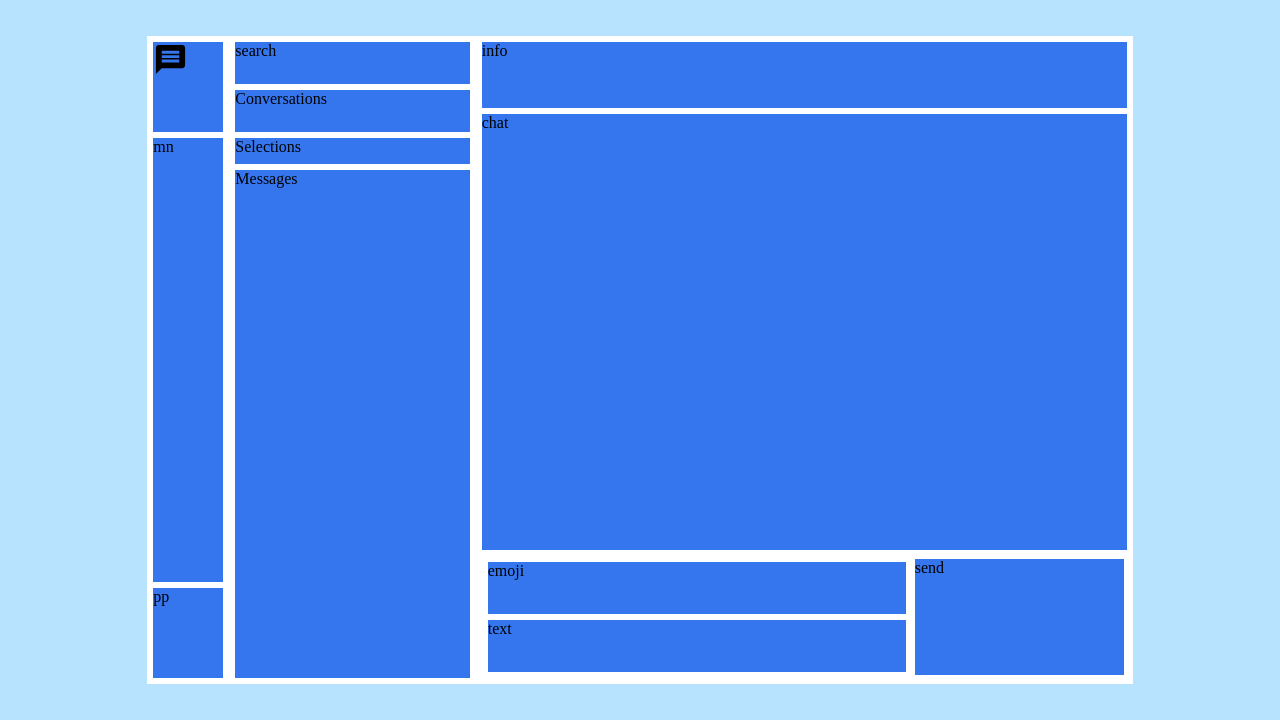
Repository: arafat877/super-chat
Page: /
These files come from the project's save history. The page is drawn as it stood at one moment and after the next save; the edit follows.
The browser window is 1280 px wide. The pictures show the whole page.
The project was rebuilt for these pictures with package versions that can differ from the ones it lists, and the page was loaded fresh each time. Also part of the build but not shown: src/App.scss.

Above is the page before, as saved 2020-08-05 15:05:24.

### public/index.html
<!DOCTYPE html>
<html lang="en">
  <head>
    <meta charset="utf-8" />
    <meta name="viewport" content="width=device-width, initial-scale=1" />
    <meta name="theme-color" content="#000000" />
    <meta
      name="description"
      content="Chat application with node.js, express, react.js, mongoDb and socket.io"
    />
    <link rel="stylesheet" href="styles.css">
    <link rel="stylesheet" href="https://fonts.googleapis.com/css?family=Roboto:300,400,500,700&display=swap" />

    <title>Super Chat</title>
  </head>
  <body>
    <noscript>You need to enable JavaScript to run this app.</noscript>
    <div id="root"></div>
  </body>
</html>

### src/App.js
import React from "react";
import "./App.scss";
import { Container, Grid, Paper } from "@material-ui/core";
import { makeStyles } from "@material-ui/core/styles";
import {
  Message,
  GroupWork,
  Chat,
  Palette,
  Settings,
  PeopleAlt,
} from "@material-ui/icons";

const useStyles = makeStyles((theme) => ({
  container: {
    backgroundColor: "#b7e3fe",
    height: "100vh",
    display: "flex",
  },
  innerContainer: {
    backgroundColor: "#3576ef",
    margin: "auto",
    height: "90%",
    width: "80%",
    borderRadius: "10px",
  },
  column1: {
    border: "solid white",
  },
  column2: {
    border: "solid white",
  },
  column3: {
    border: "solid white",
  },
  c1Logo: {
    border: "solid white",
    height: "15%",
  },
  c1Menu: {
    border: "solid white",
    height: "70%",
  },
  c1PP: {
    border: "solid white",
    height: "15%",
  },
  c2Search: {
    border: "solid white",
    height: "7.5%",
  },
  c2Conv: {
    border: "solid white",
    height: "7.5%",
  },
  c2Select: {
    border: "solid white",
    height: "5%",
  },
  c2Messages: {
    border: "solid white",
    height: "80%",
  },
  c3Info: {
    border: "solid white",
    height: "11.25%",
  },
  c3Chat: {
    border: "solid white",
    height: "68.75%",
  },
  c3Input: {
    border: "solid white",
    height: "20%",
  },
  inputC1: {
    border: "solid white",
  },
  inputC2: {
    border: "solid white",
  },
  iC1Emoji:{
    border: "solid white",
    height:"50%"
  },
  iC1Text:{
    border: "solid white",
    height:"50%"
  }
}));

function App() {
  const classes = useStyles();

  return (
    <Container className={classes.container}>
      <Grid container containerer className={classes.innerContainer}>
        <Grid item className={classes.column1} xs={1}>
          <Grid item className={classes.c1Logo} xs={12}>
            <Message fontSize="large" />
          </Grid>
          <Grid item className={classes.c1Menu} xs={12}>
            mn
          </Grid>
          <Grid item className={classes.c1PP} xs={12}>
            pp
          </Grid>
        </Grid>
        <Grid item className={classes.column2} xs={3}>
          <Grid item className={classes.c2Search} xs={12}>
            search
          </Grid>
          <Grid item className={classes.c2Conv} xs={12}>
            Conversations
          </Grid>
          <Grid item className={classes.c2Select} xs={12}>
            Selections
          </Grid>
          <Grid item className={classes.c2Messages} xs={12}>
            Messages
          </Grid>
        </Grid>
        <Grid item className={classes.column3} xs={8}>
          <Grid item className={classes.c3Info} xs={12}>
            info
          </Grid>
          <Grid item className={classes.c3Chat} xs={12}>
            chat
          </Grid>
          <Grid item container className={classes.c3Input} xs={12}>
            <Grid item className={classes.inputC1} xs={8}>
              <Grid item className={classes.iC1Emoji} xs={12}>
                emoji
              </Grid>
              <Grid item className={classes.iC1Text} xs={12}>
                text
              </Grid>
            </Grid>
            <Grid item className={classes.inputC2} xs={4}>
              send
            </Grid>
          </Grid>
        </Grid>
      </Grid>
    </Container>
  );
}

export default App;

Loaded but not shown: src/index.js (common file); public/styles.css (common file)

After the next save:
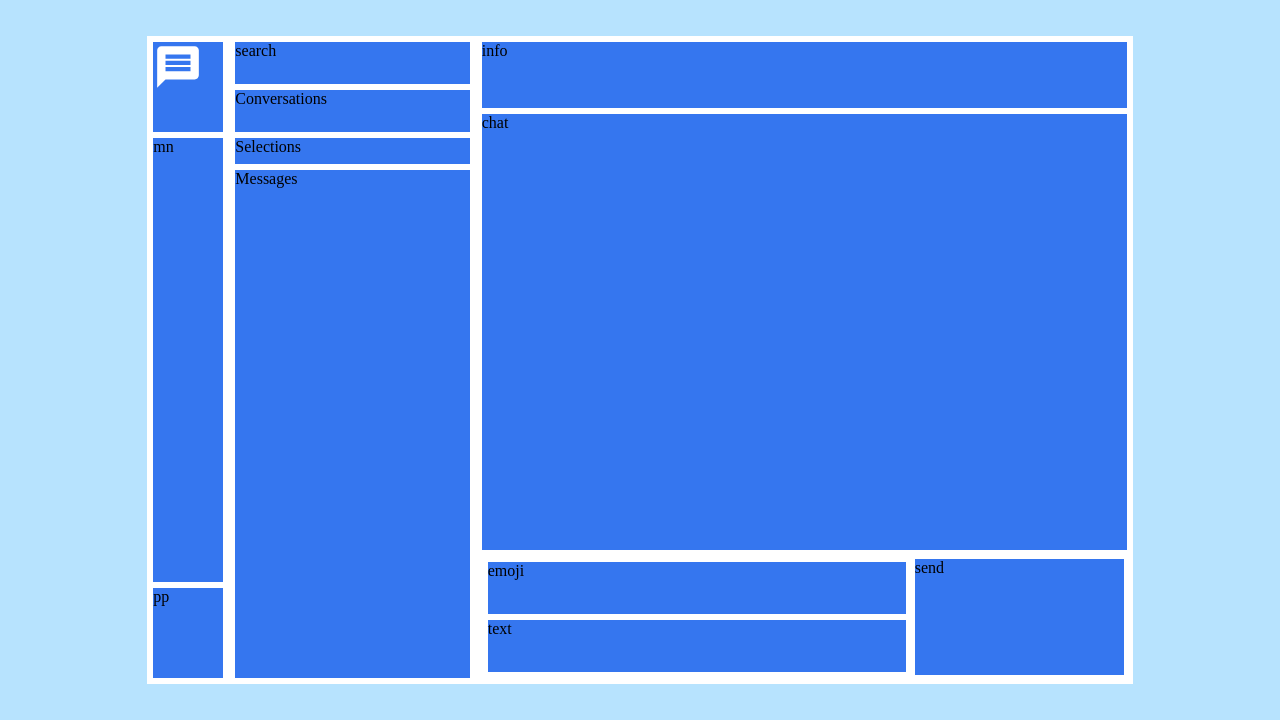
Saved 41 s later.
--- a/src/App.js
+++ b/src/App.js
@@ -97,7 +97,7 @@ function App() {
       <Grid container containerer className={classes.innerContainer}>
         <Grid item className={classes.column1} xs={1}>
           <Grid item className={classes.c1Logo} xs={12}>
-            <Message fontSize="large" />
+            <Message style={{color:"white", fontSize:"50px"}} />
           </Grid>
           <Grid item className={classes.c1Menu} xs={12}>
             mn
